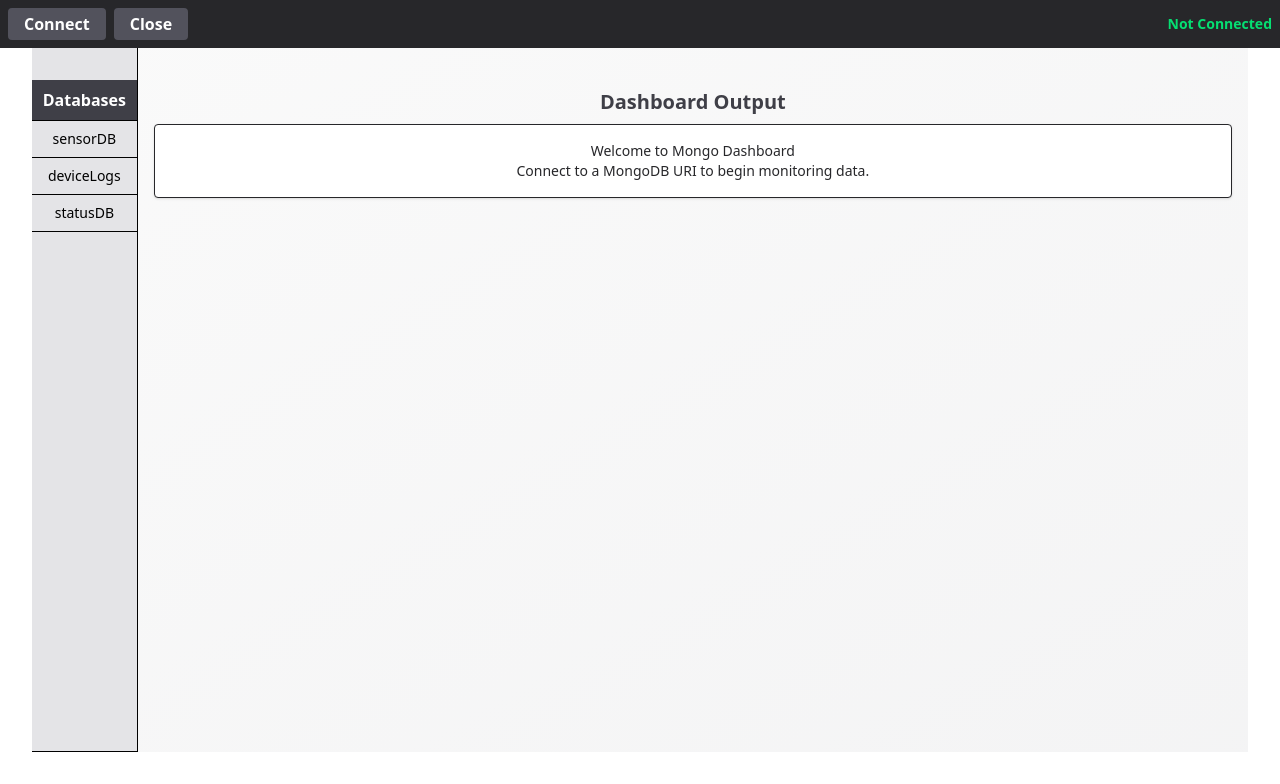
Repository: aryan151pratap/Dashboard
Page: / (app in frontened/)
An editor plug-in stored every save of this project. The page is shown before and after the next save, followed by the edit.
The browser window is 1280 px wide. The pictures show the whole page.
The project was rebuilt for these pictures with package versions that can differ from the ones it lists, and the page was loaded fresh each time. Also part of the build but not shown: frontened/vite.config.js, frontened/src/component/connect.jsx.

Above is the page before, as saved 2025-06-24 14:41:40.

### frontened/index.html
<!doctype html>
<html lang="en">
  <head>
    <meta charset="UTF-8" />
    <link rel="icon" type="image/svg+xml" href="/vite.svg" />
    <meta name="viewport" content="width=device-width, initial-scale=1.0" />
    <title>Dashboard</title>
    <script src="https://cdn.jsdelivr.net/npm/@tailwindcss/browser@4"></script>

  </head>
  <body>
    <div id="root"></div>
    <script type="module" src="/src/main.jsx"></script>
  </body>
</html>

### frontened/src/App.jsx
import { useState } from 'react'
import './App.css'
import Dashboard from './component/dashboard'

function App() {

  return (
    <>
    <div className='h-screen w-full'>
      <Dashboard/>
    </div>
    </>
  )
}

export default App

### frontened/src/component/dashboard.jsx
import Bar from "./bar";

function Dashboard(){
	return(
		<>
		<div className="h-full w-full bg-gradient-to-br from-zinc-50 to-zinc-100">
			<Bar/>
		</div>
		</>
	)
}

export default Dashboard;

### frontened/src/component/bar.jsx
import { useState } from "react";
import Connect from "./connect";
import Left_bar from "./left_bar";
import Right_bar from "./right_bar";

function Bar() {
  const [buttons] = useState(["connect", "close"]);
  const [showModal, setShowModal] = useState(false);
  const [uri, setUri] = useState("");
  const [connected, setConnected] = useState(false);

  return (
    <div>
		{/* Top Navbar */}
		<div className="w-full fixed top-0 left-0 flex justify-between items-center p-2 bg-zinc-800 text-white z-10">
			<div className="flex gap-2">
			{buttons.map((i, index) => (
				<button
				key={index}
				onClick={() => i === "connect" && setShowModal(true)}
				className="capitalize font-semibold bg-zinc-600 px-4 py-1 rounded hover:bg-zinc-700"
				>
				{i}
				</button>
			))}
			</div>
			<p className="font-semibold text-green-400 text-sm">
			{connected ? "Connected" : "Not Connected"}
			</p>
		</div>

		<div className="h-screen flex sm:flex-row flex-col">

			<Left_bar/>

			<Right_bar/>

		</div>

		{showModal && (
			<Connect
				uri={uri}
				setUri={setUri}
				setConnected={setConnected}
				setShowModal={setShowModal}
			/>
		)}
    </div>
  );
}

export default Bar;

### frontened/src/component/left_bar.jsx
import { useState } from "react";
import clusterData from "../data/clusterData";

function Left_bar(){
	const [current_database, setCurrent_database] = useState(null);

	const handle_current_database = function(i){
		setCurrent_database(i);
	}

	const handle_current_collections = function(i){
		console.log(i);
	}

	return(
		<>
		<div className="shrink-0 h-fit sm:h-full w-full pt-12 sm:w-fit bg-zinc-200 border-b sm:border-r">

			<div className="flex flex-row border-b">
				<button className={`sm:w-full sm:text-center font-bold px-2 py-2 ${current_database === null ? 'text-white bg-zinc-700' : 'text-zinc-700'}`}
					onClick={() => setCurrent_database(null)}
				>
					{current_database ?
					<span>{current_database.name}</span>
					:
					<span>Databases</span>
					}
				</button>

				{current_database &&
					<button className={`sm:text-center font-bold px-4 py-2 ${current_database !== null ? 'text-white bg-zinc-700' : 'text-zinc-700'}`}>Collections</button>
				}
			</div>


			<ul className="text-sm flex sm:flex-col flex-row">
			{current_database ?
			<>
				{current_database.collections.map((i, index) => (
					<li key={index} className="hover:underline cursor-pointer border-r sm:border-r-0 sm:border-b px-4 py-2"
					onClick={() => handle_current_collections(i)}
					>
						{i}
					</li>
				))}
			</>
			:
			<>
				{clusterData.databases.map((i, index) => (
					<li key={index} className="hover:underline cursor-pointer border-r sm:border-r-0 sm:border-b px-4 py-2"
					onClick={() => handle_current_database(i)}
					>
						{i.name}
					</li>
				))}
			</>
			}
			</ul>
		</div>
		</>
	)
}

export default Left_bar;

### frontened/src/component/right_bar.jsx
function Right_bar(){
	return(
		<>
		<div className="w-full pt-14 p-4">
			<h1 className="text-xl font-bold mb-2 text-zinc-700">Dashboard Output</h1>
			<div className="bg-white p-4 border rounded shadow text-sm text-zinc-800">
			<p>Welcome to Mongo Dashboard</p>
			<p>Connect to a MongoDB URI to begin monitoring data.</p>
			</div>
		</div>
		</>
	)
}

export default Right_bar;

### frontened/src/data/clusterData.js
const clusterData = {
  name: "iotCluster",
  uri: "mongodb+srv://admin:pass@iotcluster.mongodb.net", // optional metadata
  databases: [
    {
      name: "sensorDB",
      collections: ["temperature", "humidity", "pressure"]
    },
    {
      name: "deviceLogs",
      collections: ["bootLogs", "errorLogs", "runtimeStats"]
    },
    {
      name: "statusDB",
      collections: ["uptime", "statusHistory", "batteryHealth"]
    }
  ]
};

export default clusterData;

Loaded but not shown: frontened/src/main.jsx (common file); frontened/src/App.css (common file)

After the next save:
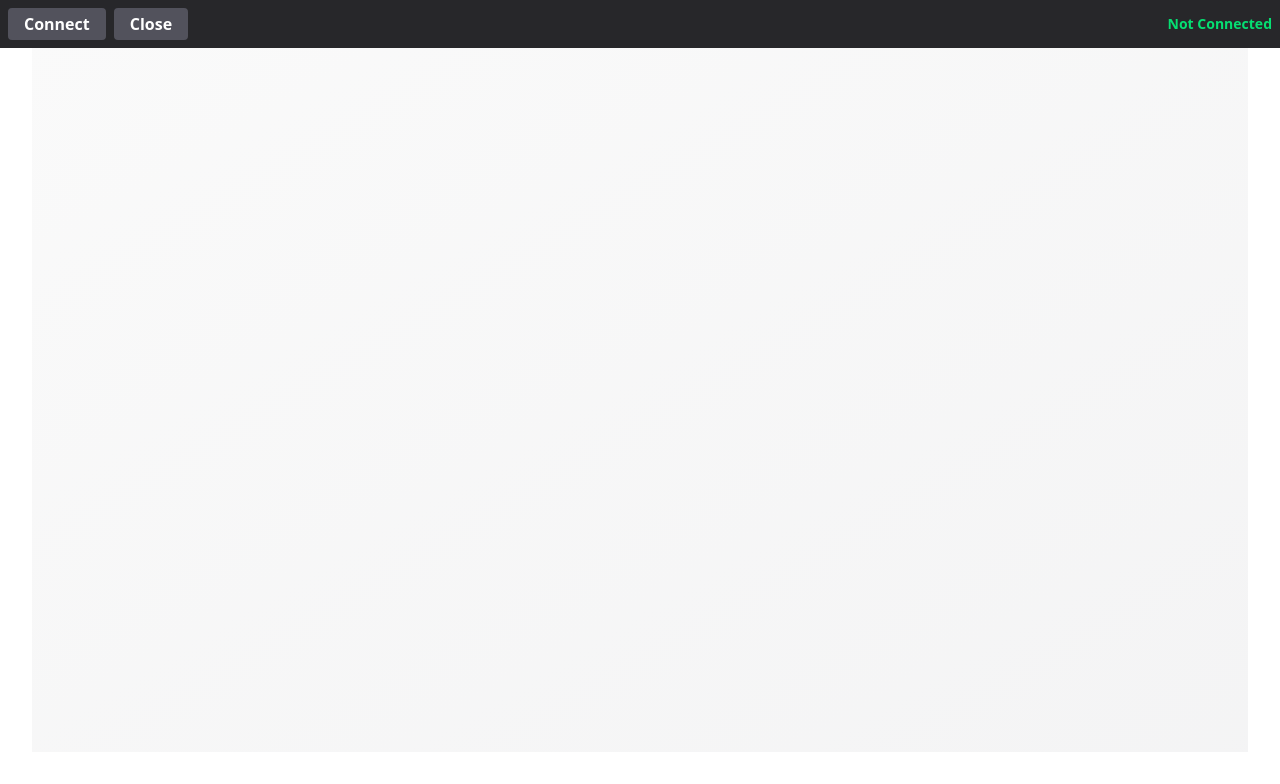
Saved 2 min 56 s later.
--- a/frontened/src/component/bar.jsx
+++ b/frontened/src/component/bar.jsx
@@ -29,13 +29,7 @@
 			</p>
 		</div>
 
-		<div className="h-screen flex sm:flex-row flex-col">
 
-			<Left_bar/>
-
-			<Right_bar/>
-
-		</div>
 
 		{showModal && (
 			<Connect
